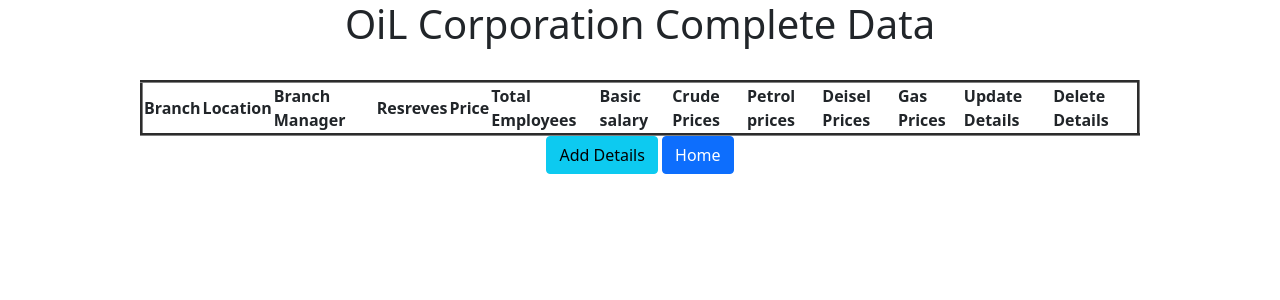
Repository: veerrajuMareddi/demo
Page: http://localhost/OilCorporation/views/result.jsp
An editor plug-in stored every save of this project. The page is shown before and after the next save, followed by the edit.
The browser window is 1280 px wide. The pictures show the whole page.
The page is served by Tomcat 9. Other server files are loaded and not shown. The template is opened directly, without the code that normally fills it, so the values that code supplies are empty.

Above is the page before, as saved 2022-05-05 12:38:59.

### OilCorporation/src/main/webapp/views/result.jsp

<%@ page language="java" contentType="text/html; charset=ISO-8859-1"
pageEncoding="ISO-8859-1"%>
<%@ taglib uri="http://www.springframework.org/tags/form" prefix="form"%>
<%@taglib prefix="c" uri="http://java.sun.com/jsp/jstl/core"%>
<!DOCTYPE html>
<html>
<head>
<link
	href="https://cdn.jsdelivr.net/npm/bootstrap@5.1.3/dist/css/bootstrap.min.css"
	rel="stylesheet"
	integrity="sha384-1BmE4kWBq78iYhFldvKuhfTAU6auU8tT94WrHftjDbrCEXSU1oBoqyl2QvZ6jIW3"
	crossorigin="anonymous">
	<script
	src="https://cdn.jsdelivr.net/npm/bootstrap@5.1.3/dist/js/bootstrap.bundle.min.js"
	integrity="sha384-ka7Sk0Gln4gmtz2MlQnikT1wXgYsOg+OMhuP+IlRH9sENBO0LRn5q+8nbTov4+1p"
	crossorigin="anonymous"></script>
<meta charset="ISO-8859-1">
<title>Insert title here</title>
</head>
<body>
<center>
<h1>OiL Corporation Complete Data</h1>

<br>
<table border="3" style="width:1000px" style="text-align:center">

<tr>
<th>Branch</th>
<th>Location</th>
<th>Branch Manager</th>
<th>Resreves</th>
<th>Price</th>
<th>Total Employees</th>
<th>Basic salary</th>
<th>Crude Prices</th>
<th>Petrol prices</th>
<th>Deisel Prices</th>

<th>Gas Prices</th>
<th>Update Details </th>
<th>Delete Details</th>
</tr>
<c:forEach var="emp" items="${oilCorp}" >
<tr>


<c:url var="deleteLink" value="/src/deleteById">
								<c:param name="Id" value="${emp.branch}" />
							</c:url>

<c:url var="updateLink" value="/src/update">
								<c:param name="Id" value="${emp.branch}" />
							</c:url>
<center>
<td>${emp.branch}</td>
<td>${emp.location}</td>
<td>${emp.branchManager}</td>
<td>${emp.oilReserves}</td>
<td>${emp.barrelPrice}</td>
<td>${emp.emp.toatalEmployees}</td>
<td>${emp.emp.salary}</td>
<td>${emp.prices.crudePrice}</td>
<td>${emp.prices.petrolPrice}</td>
<td>${emp.prices.dieselPrice}</td>
<td>${emp.prices.gasPrice}</td>
<td><a href="${updateLink}" class="btn btn-info">Update</a></td>
<td><a href="${deleteLink}" class="btn btn-danger">delete</a></td>
</center>
</tr>
</c:forEach>

</table>
<a class="btn btn-info" href="/src/callsave">Add Details</a>
<a class="btn btn-primary" href="/src/index">Home</a>


</center>

</body>
</html>

After the next save:
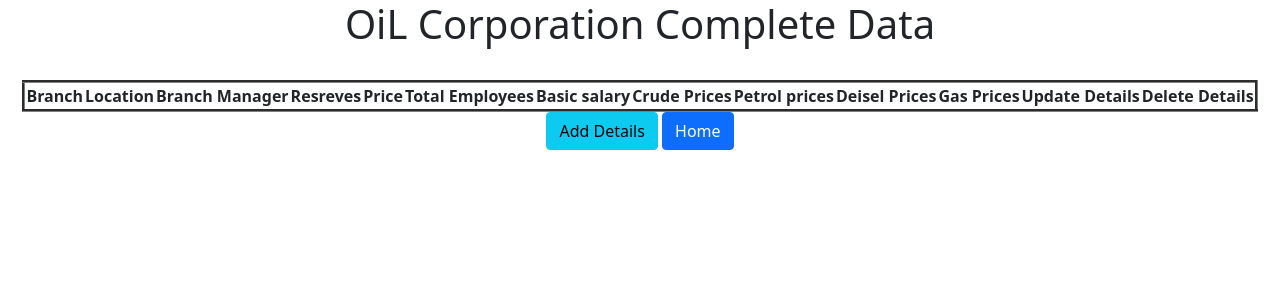
Saved 16 h 0 min later.
--- a/OilCorporation/src/main/webapp/views/result.jsp
+++ b/OilCorporation/src/main/webapp/views/result.jsp
@@ -23,7 +23,7 @@ pageEncoding="ISO-8859-1"%>
 <h1>OiL Corporation Complete Data</h1>
 
 <br>
-<table border="3" style="width:1000px" style="text-align:center">
+<table border="3" style="width:2000" style="text-align:center">
 
 <tr>
 <th>Branch</th>
